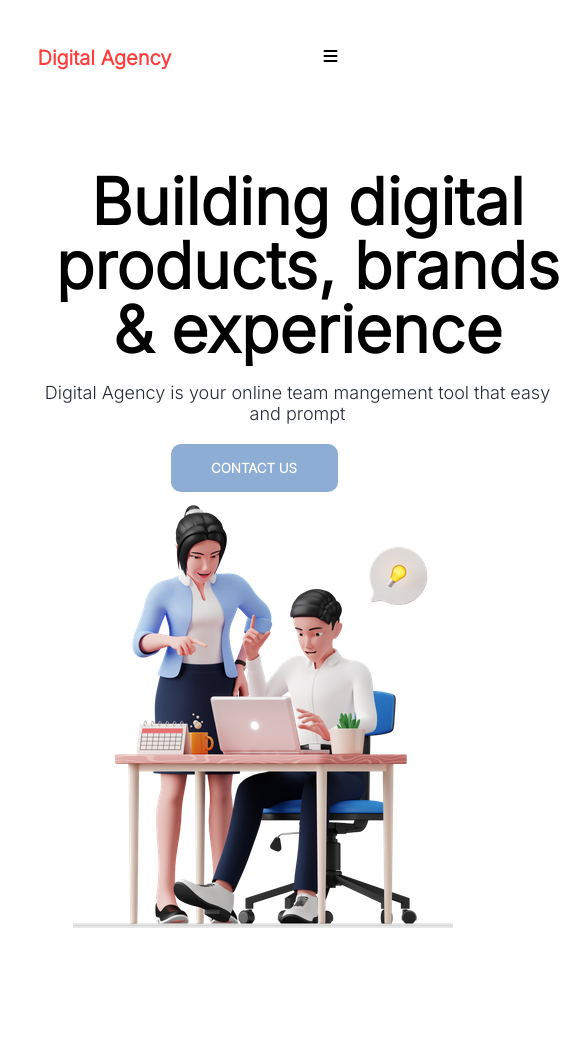
Repository: ThuatDev/fullstack_devc
Page: index.html
An editor plug-in stored every save of this project. The page is shown before and after the next save, followed by the edit.
The browser window is 375 px wide. The page is 578 px wide, so the pictures cover 578 px, including what lies to the right of the window. The pictures show the whole page.

Above is the page before, as saved 2022-11-09 17:47:16.

### index.html
<!DOCTYPE html>
<html lang="en">
  <head>
    <meta charset="UTF-8" />
    <meta http-equiv="X-UA-Compatible" content="IE=edge" />
    <meta name="viewport" content="width=device-width, initial-scale=1.0" />
    <link
      rel="stylesheet"
      href="https://cdnjs.cloudflare.com/ajax/libs/font-awesome/6.2.0/css/all.min.css"
      integrity="sha512-xh6O/CkQoPOWDdYTDqeRdPCVd1SpvCA9XXcUnZS2FmJNp1coAFzvtCN9BmamE+4aHK8yyUHUSCcJHgXloTyT2A=="
      crossorigin="anonymous"
      referrerpolicy="no-referrer"
    />
    <link rel="stylesheet" href="reposive.css" />
    <link rel="stylesheet" href="index.css" />
    <title>Digital Agency</title>
  </head>
  <body>
    <div class="container">
      <div class="navbar">
        <div class="navbar__left">
          <p class="navbar__left-logo">Digital Agency</p>
        </div>
        <div class="navbar__right">
          <ul class="navbar__right-list">
            <li><a href="#">Home</a></li>
            <li><a href="#">About</a></li>
            <li><a href="#">Testimonial</a></li>
            <li><a href="#">Contact</a></li>
            <li class="icon__menu"><i class="fa-solid fa-bars"></i></li>
          </ul>
        </div>
      </div>

      <!-- HERO SECTION  -->
      <div class="h-section">
        <div class="h-section__left">
          <h2>Building digital products, brands & experience</h2>
          <p>
            Digital Agency is your online team mangement tool that easy and
            prompt
          </p>
          <button>Contact Us</button>
        </div>
        <div class="h-section__right">
          <img
            src="./img/business-people-discussing-business-idea.png"
            alt=""
          />
        </div>
      </div>
    </div>
  </body>
</html>

### reposive.css
@media screen and (max-width: 600px) {
  .navbar .navbar__right .navbar__right-list li {
    display: none;
  }
  .navbar .navbar__right .navbar__right-list li.icon__menu {
    display: block;
  }
  /* .navbar .navbar__right.navbar__right-list li:nth-child(1) {
    display: none;
  }
  .navbar .navbar__right.navbar__right-list li:nth-child(2) {
    display: none;
  }
  .navbar .navbar__right.navbar__right-list li:nth-child(3) {
    display: none;
  }
  .navbar .navbar__right.navbar__right-list li:nth-child(4) {
    display: none;
  }
  .navbar .navbar__right.navbar__right-list li:nth-child(5) {
    display: block;
  }*/

  .h-section {
    flex-direction: column;
    /* justify-content: center;
    align-items: center; */
  }
  .h-section .h-section__left h2 {
    text-align: center;
    font-size: 40px;
    width: 100%;
  }
  .h-section .h-section__left p {
    margin-top: 20px;
    text-align: center;
  }
  .h-section .h-section__left button {
    margin-top: 20px;
    display: block;
    width: 100%;
    margin-left: auto;
  }
}

### index.css
@import url("https://fonts.googleapis.com/css2?family=Inter:wght@200;300&display=swap");
* {
  padding: 0;
  margin: 0;
  box-sizing: border-box;
  font-family: "Inter", sans-serif;
}
.container {
  width: 80%;
  height: 1000px;

  margin: 0 auto;
}

/* nav bar*/
.navbar {
  display: flex;
  justify-content: space-between;
  margin-top: 46px;
}
.navbar .navbar__left .navbar__left-logo {
  font-size: 20px;
  font-weight: 700;
  color: rgb(255, 61, 61);
  line-height: 24px;
}
.navbar .navbar__right .navbar__right-list {
  display: flex;
}
.navbar .navbar__right .navbar__right-list li {
  list-style: none;
  margin-left: 50px;
}
.navbar .navbar__right .navbar__right-list > .icon__menu {
  display: none;
}
.navbar .navbar__right .navbar__right-list li a {
  text-decoration: none;
  /* color: rgb(255, 72, 72); */
  /* padding: 10px 20px; */
  /* display: block;
   */
  font-weight: 600;
  font-size: 18px;
  color: #272d38;
}
/* Hero section */
.h-section {
  display: flex;
  justify-content: space-between;
  margin-top: 100px;
}
.h-section .h-section__left {
  display: flex;
  flex-direction: column;
  justify-content: space-evenly;
}
.h-section .h-section__left h2 {
  font-weight: 700;
  font-size: 64px;
  width: 540px;
  height: auto;
  line-height: 100%;
}
.h-section .h-section__left p {
  font-weight: 400;
  font-size: 18px;
  width: 520px;
  height: auto;
  color: #272d38;
}
.h-section .h-section__left button {
  width: 167px;
  height: 48px;
  border-radius: 10px;
  border: none;
  background-color: #8eadd5;
  text-transform: uppercase;
  font-weight: 700;
  color: #fff;
}
.h-section.h-section__right img {
  width: 100%;
}

After the next save:
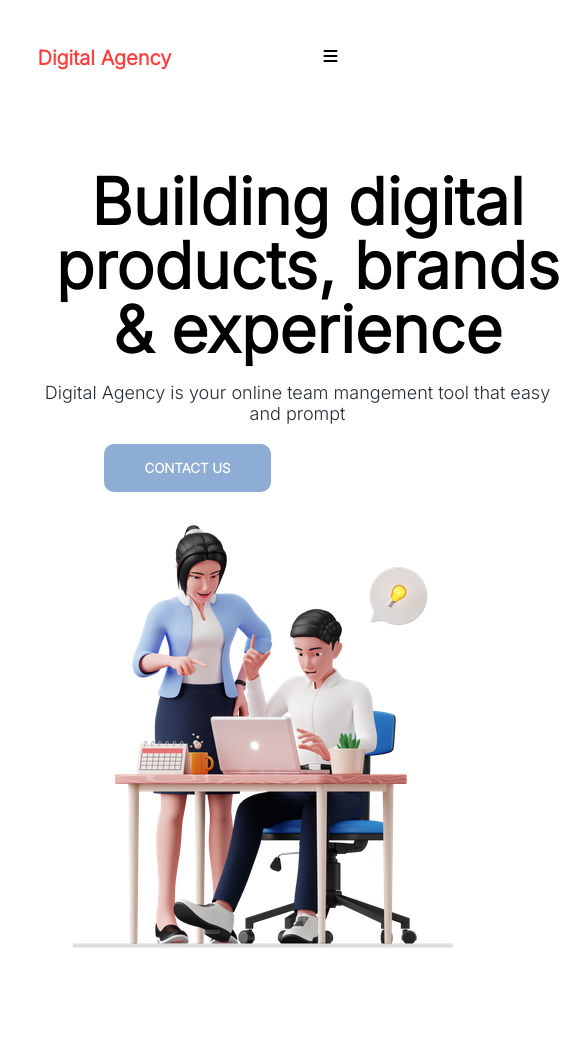
Saved 34 s later.
--- a/reposive.css
+++ b/reposive.css
@@ -36,9 +36,8 @@
     text-align: center;
   }
   .h-section .h-section__left button {
-    margin-top: 20px;
     display: block;
     width: 100%;
-    margin-left: auto;
+    margin: 20px auto;
   }
 }
